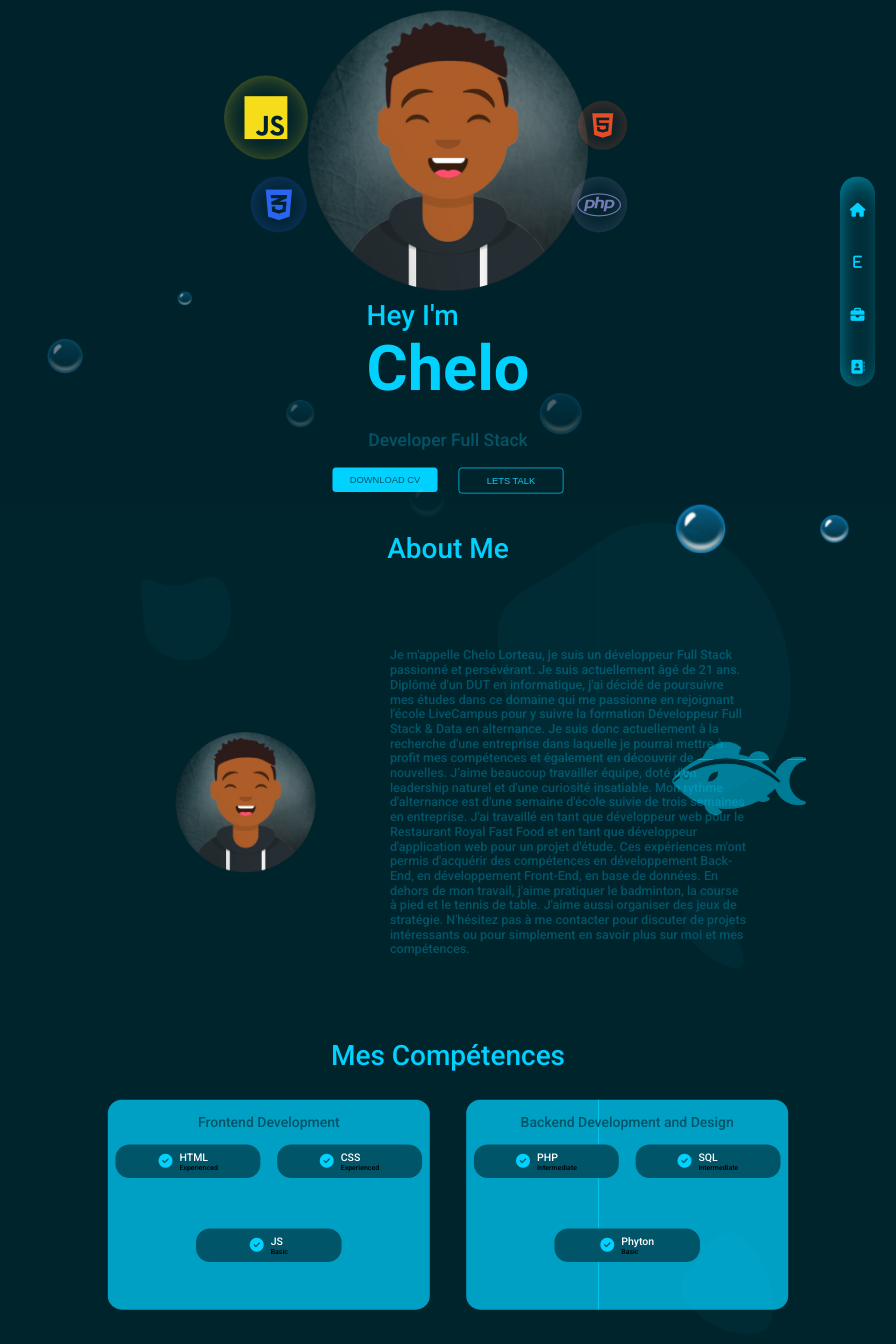
Repository: Chelorteau/Portfolio
Page: index.html
These files come from the project's save history. The page is drawn as it stood at one moment and after the next save; the edit follows.
The browser window is 1280 px wide. The pictures show the part of the page from y = 0 to 1920 px (the page is 3332 px tall), at 70% of full size.
Some web libraries are served in a nearby version.

Above is the page before, as saved 2023-02-19 19:30:36.
Console error: ReferenceError: emailjs is not defined

### index.html
<!DOCTYPE html>
<html lang="fr">
<head>
    <meta charset="UTF-8">
    <meta http-equiv="X-UA-Compatible" content="IE=edge">
    <meta name="viewport" content="width=device-width, initial-scale=1.0">
    <script src="https://kit.fontawesome.com/bc8bd4b445.js" crossorigin="anonymous"></script>
    <link rel="preconnect" href="https://fonts.googleapis.com">
    <link rel="preconnect" href="https://fonts.gstatic.com" crossorigin>
    <link href="https://fonts.googleapis.com/css2?family=Roboto:ital,wght@0,500;0,700;0,900;1,500;1,700&display=swap" rel="stylesheet">
    <link rel="stylesheet" href="style.css">
    <title>Lorteau Chelo</title>
    <script src="/index.js"></script>
    <script type="text/javascript"
        src="https://cdn.jsdelivr.net/npm/@emailjs/browser@3/dist/email.min.js">
    </script>
        <script type="text/javascript">
            (function(){
                emailjs.init("Qd9C-_4NaGNxIoSMK");
            })();
    </script>
</head>
<body>
    <section class="position-relative principal-page " id="home" >
        <div class="menu">
            <ul class="sidebar_menu">
                <li><a href="index.html#home"><i class="fa-solid fa-house element_icon"></i></a></li>
                <li><a href="index.html#competence"><i class="fa-solid fa-e"></i></a></li>
                <li><a href="index.html#projet"><i class="fa-solid fa-briefcase"></i></a></li>
                <li><a href="index.html#contact"><i class="fa-solid fa-address-book"></i></a></li>
            </ul>
        </div>
        <div>
            <img src="../Portfolio/img/profile-pic-anime.png" alt="" class="prolil-pic" >
        </div>

        <div class="html-parent">
            <i class="fa-brands fa-html5 html-icon"></i>
        </div>

        <div class="css-parent">
             <i class="fa-brands fa-css3-alt css-icon"></i>
        </div>
        <div class="php-parent">
            <i class="fa-brands fa-php php-icon"></i>
        </div>
        <div class="js-parent">
            <i class="fa-brands fa-js js-icon"></i>
        </div>

        <p class="color-text-blue ">
            <span class="hi">Hey I'm</span><br>
            <span class="font-weight-700 name">Chelo</span>
        </p>
        <p class="metier">Developer Full Stack</p>

        <div class="contenaire_button">
            <a href="../Portfolio/img/CV-Lorteau-Chelo.pdf" download>
                <button class="button_download">DOWNLOAD CV</button>
            </a>
            <a href="index.html#contact">
                <button class="button_talk">LETS TALK</button>
            </a>
        </div>

        <div class="bubbles">
            <img src="../Portfolio/img/bubble.png" alt="">
            <img src="../Portfolio/img/bubble.png" alt="">
            <img src="../Portfolio/img/bubble.png" alt="">
            <img src="../Portfolio/img/bubble.png" alt="">
            <img src="../Portfolio/img/bubble.png" alt="">
            <img src="../Portfolio/img/bubble.png" alt="">
            <img src="../Portfolio/img/bubble.png" alt="">
        </div>
    </section>
    <section class="about_me" id="about_me">
         <svg class="my_blob_1" viewBox="0 0 200 200" xmlns="http://www.w3.org/2000/svg">
            <path fill="#00D1FF" d="M55.4,-44.3C69.6,-41.3,77.2,-20.7,77.8,0.5C78.3,21.7,71.7,43.4,57.5,56.6C43.4,69.8,21.7,74.5,3.2,71.3C-15.2,68.1,-30.4,56.8,-37.6,43.6C-44.9,30.4,-44.1,15.2,-45.8,-1.7C-47.4,-18.5,-51.5,-37,-44.2,-40C-37,-42.9,-18.5,-30.4,1.1,-31.4C20.7,-32.5,41.3,-47.2,55.4,-44.3Z" transform="translate(100 100)" />
          </svg>
          <svg class="my_blob_2" viewBox="0 0 200 200" xmlns="http://www.w3.org/2000/svg">
            <path fill="#00D1FF" d="M20.6,-9.2C28.1,16.2,36.4,38.9,29.2,45.4C21.9,51.9,-0.9,42.2,-20.5,28C-40.2,13.7,-56.8,-5,-52.9,-25.6C-48.9,-46.2,-24.5,-68.6,-8.9,-65.7C6.6,-62.8,13.2,-34.6,20.6,-9.2Z" transform="translate(100 100)" />
          </svg>
        <p class="about_me_title">About Me</p>
        <div class="about_me_elements">
            <div class="about_me_right_side">
                <img src="../Portfolio/img/profile-pic-anime.png" alt="" class="prolil-pic-about-me">
            </div>
            <div class="about_me_left_side">
                <p>
                    Je m'appelle Chelo Lorteau, je suis un développeur Full Stack passionné et persévérant. Je suis actuellement âgé de 21 ans.
                    Diplômé d'un DUT en informatique, j'ai décidé de poursuivre mes études dans ce domaine qui me passionne en rejoignant l'école LiveCampus pour y suivre la formation Développeur Full Stack & Data en alternance. Je suis donc actuellement à la recherche d'une entreprise dans laquelle je pourrai mettre à profit mes compétences et également en découvrir de nouvelles.
                    J’aime beaucoup travailler équipe, doté d'un leadership naturel et d'une curiosité insatiable. Mon rythme d'alternance est d'une semaine d'école suivie de trois semaines en entreprise.
                    J'ai travaillé en tant que développeur web pour le Restaurant Royal Fast Food et en tant que développeur d'application web pour un projet d'étude. Ces expériences m'ont permis d'acquérir des compétences en développement Back-End, en développement Front-End, en base de données.
                    En dehors de mon travail, j'aime pratiquer le badminton, la course à pied et le tennis de table. J'aime aussi organiser des jeux de stratégie.
                    N'hésitez pas à me contacter pour discuter de projets intéressants ou pour simplement en savoir plus sur moi et mes compétences.
                </p>
            </div>
        </div>
    </section>
    <svg class="my_blob_5" viewBox="0 0 200 200" xmlns="http://www.w3.org/2000/svg">
        <path fill="#00D1FF" d="M47,-81.2C60.8,-73.3,71.9,-60.6,79.4,-46.3C86.9,-31.9,90.8,-16,91.2,0.2C91.6,16.4,88.5,32.9,79.2,44.2C70,55.5,54.6,61.8,40.4,66.8C26.2,71.8,13.1,75.7,1.2,73.6C-10.7,71.5,-21.4,63.6,-32.2,56.5C-43,49.5,-53.9,43.4,-60,34.2C-66.1,24.9,-67.4,12.5,-69.5,-1.3C-71.7,-15,-74.8,-30,-69.2,-40.1C-63.6,-50.3,-49.5,-55.7,-36.5,-64.1C-23.5,-72.4,-11.8,-83.6,2.4,-87.8C16.6,-92,33.1,-89,47,-81.2Z" transform="translate(100 100)" />
    </svg>
    <svg class="poisson" fill="#00D1FF" viewBox="0 0 128 128" data-name="Layer 1" id="Layer_1" xmlns="http://www.w3.org/2000/svg" stroke="#00D1FF"><g id="SVGRepo_bgCarrier" stroke-width="0"></g><g id="SVGRepo_tracerCarrier" stroke-linecap="round" stroke-linejoin="round"></g><g id="SVGRepo_iconCarrier"><title></title><circle cx="13.316" cy="67.539" r="1.778"></circle><path d="M126.514,52.117a1,1,0,0,0,.024-1.928,22.768,22.768,0,0,0-6.348-.91A22.468,22.468,0,0,0,98.559,65.609l-1-1A64.638,64.638,0,0,0,84.4,54.482a8.075,8.075,0,0,1,6.3-3.013.963.963,0,0,1,.124,0,1,1,0,0,0,1.045-1.386,10.114,10.114,0,0,0-18.234-.743.977.977,0,0,0-.041.147A64.336,64.336,0,0,0,63.3,46.769a.974.974,0,0,0,.035-.287c-.006-.057,0-.119,0-.182A8.48,8.48,0,0,1,65.1,41.071a1,1,0,0,0-.187-1.407,22.934,22.934,0,0,0-34.922,9.191.99.99,0,0,0-.01.742A64.011,64.011,0,0,0,6.33,64.61L1.89,69.05A3.984,3.984,0,0,0,.75,72.03c.02.14.03.28.05.39l.005.021C.78,72.3.766,72.167.754,72.03a1,1,0,0,1,.288-.8l.39-.39a72.928,72.928,0,0,1,8.217-7.072l-.068.068a5.273,5.273,0,0,0-1.5,3.25c-.01.15-.02.3-.02.45a5.2,5.2,0,0,0,.18,1.293c-2,1.315-3.96,2.726-5.825,4.218a1,1,0,0,1-1.6-.58A3.949,3.949,0,0,0,1.89,74.58l4.44,4.45A64.236,64.236,0,0,0,31.471,94.592a1,1,0,0,0-.055.435,9.84,9.84,0,0,0,9.8,8.792,9.732,9.732,0,0,0,5.271-1.539,1,1,0,0,0-.075-1.727,7.833,7.833,0,0,1-3.233-3.238,64.869,64.869,0,0,0,8.758.6,64.191,64.191,0,0,0,30.77-7.787.991.991,0,0,0,.505.458,9.983,9.983,0,0,0,3.655.7,9.8,9.8,0,0,0,5.266-1.526,1,1,0,0,0-.073-1.73A7.751,7.751,0,0,1,89.5,85.852a64.192,64.192,0,0,0,8.06-6.822l1-1A22.487,22.487,0,0,0,120.19,94.34a22.257,22.257,0,0,0,6.052-.837,1,1,0,0,0,0-1.926,20.445,20.445,0,0,1,.276-39.459ZM15.662,65.284c.02.02.041.039.06.06a3.244,3.244,0,0,1,.422.581c.019.033.036.066.054.1a3.252,3.252,0,0,1,.265.665c.009.032.013.064.021.1a3.251,3.251,0,0,1-3.8,3.951c-.093-.019-.178-.054-.268-.08a3.289,3.289,0,0,1-.325-.1,3.184,3.184,0,0,1-.35-.182c-.061-.034-.125-.062-.183-.1a3.251,3.251,0,0,1-.387-.3c-.025-.022-.052-.04-.076-.063a3.273,3.273,0,0,1-.378-.43l-.009-.011a3.266,3.266,0,0,1-.619-1.7c-.005-.074-.022-.145-.022-.22,0-.11.01-.21.02-.34a3.252,3.252,0,0,1,.88-1.91.571.571,0,0,1,.08-.07,2.785,2.785,0,0,1,.81-.58,3.271,3.271,0,0,1,3.226.16h0A3.194,3.194,0,0,1,15.662,65.284Zm19.161,7.6a1,1,0,0,1-1-1,9.65,9.65,0,0,1,9.639-9.64,1,1,0,0,1,1,1A9.65,9.65,0,0,1,34.822,72.889ZM103.14,71.54a3.741,3.741,0,0,1-.263,1.705,1,1,0,0,1-1.56.4,78.707,78.707,0,0,0-84.274-9.8A5.08,5.08,0,0,0,15.53,62.78a5.224,5.224,0,0,0-4.58.07c-.038.018-.071.044-.108.064a71.523,71.523,0,0,1,92,7.909,1,1,0,0,1,.293.708Z"></path></g></svg>
    <section class="competence" id="competence">
        <svg class="my_blob_3" viewBox="0 0 200 200" xmlns="http://www.w3.org/2000/svg">
            <path fill="#00D1FF" d="M35.3,-56.8C37,-40.5,23.8,-21.2,16,-10.9C8.2,-0.5,5.9,0.8,8.5,12.9C11,25,18.4,47.8,14,57.8C9.6,67.8,-6.4,64.8,-16.2,56.2C-26,47.6,-29.4,33.3,-38.1,20.7C-46.8,8.2,-60.8,-2.5,-56.3,-6.8C-51.8,-11.1,-28.8,-9,-16.3,-23.3C-3.8,-37.7,-1.9,-68.6,7.4,-77.4C16.8,-86.3,33.5,-73.1,35.3,-56.8Z" transform="translate(100 100)" />
        </svg>
        <svg class="my_blob_4" viewBox="0 0 200 200" xmlns="http://www.w3.org/2000/svg">
            <path fill="#00D1FF" d="M40.9,-46C51.4,-30.4,57.1,-15.2,60.6,3.5C64.2,22.2,65.5,44.5,55,55.5C44.5,66.4,22.2,66.1,4.4,61.7C-13.4,57.3,-26.8,48.7,-39.7,37.8C-52.6,26.8,-65.1,13.4,-65.1,0C-65.1,-13.4,-52.6,-26.8,-39.7,-42.4C-26.8,-58.1,-13.4,-75.9,0.9,-76.8C15.2,-77.7,30.4,-61.7,40.9,-46Z" transform="translate(100 100)" />
        </svg>
        <p class="about_me_title">Mes Compétences</p>
        <div class="competence_element">
            <p class="competence_element_title">Frontend Development</p>
            <div class="competence_element_objet">
                <div class="skill_competence">
                    <i class="fa-solid fa-circle-check icon_check"></i>
                    <p class="margin_left_2">
                        <span class="skill_competence_name">HTML</span><br>
                        Experienced
                    </p>
                </div>
                <div class="skill_competence">
                    <i class="fa-solid fa-circle-check icon_check"></i>
                    <p class="margin_left_2">
                        <span class="skill_competence_name">CSS</span><br>
                        Experienced
                    </p>
                </div>
                <div class="skill_competence">
                    <i class="fa-solid fa-circle-check icon_check"></i>
                    <p class="margin_left_2">
                        <span class="skill_competence_name">JS</span><br>
                        Basic
                    </p>
                </div>
            </div>

        </div>
        <div class="competence_element">
            <p class="competence_element_title">Backend Development and Design</p>
            <div class="competence_element_objet">
                <div class="skill_competence">
                    <i class="fa-solid fa-circle-check icon_check"></i>
                    <p class="margin_left_2">
                        <span class="skill_competence_name">PHP</span><br>
                        Intermediate
                    </p>
                </div>
                <div class="skill_competence">
                    <i class="fa-solid fa-circle-check icon_check"></i>
                    <p class="margin_left_2">
                        <span class="skill_competence_name">SQL</span><br>
                        Intermediate
                    </p>
                </div>
                <div class="skill_competence">
                    <i class="fa-solid fa-circle-check icon_check"></i>
                    <p class="margin_left_2">
                        <span class="skill_competence_name">Phyton</span><br>
                        Basic
                    </p>
                </div>
            </div>
        </div>
        <div class="competence_element">
            <p class="competence_element_title">Others</p>
            <div class="competence_element_objet">
                <div class="skill_competence">
                    <i class="fa-solid fa-circle-check icon_check"></i>
                    <p class="margin_left_2">
                        <span class="skill_competence_name">GIT</span><br>
                        Intermediate
                    </p>
                </div>
                <div class="skill_competence">
                    <i class="fa-solid fa-circle-check icon_check"></i>
                    <p class="margin_left_2">
                        <span class="skill_competence_name">ENGLISH</span><br>
                        Intermediate
                    </p>
                </div>
                <div class="skill_competence">
                    <i class="fa-solid fa-circle-check icon_check"></i>
                    <p class="margin_left_2">
                        <span class="skill_competence_name">FIGMA</span><br>
                        Intermediate
                    </p>
                </div>
            </div>
        </div>
    </section>
    <section class="mes_projets" id="projet">
        <svg class="poulpe" fill="#00D1FF" viewBox="-12.8 -12.8 153.60 153.60" data-name="Layer 1" id="Layer_1" xmlns="http://www.w3.org/2000/svg" stroke="#00D1FF" stroke-width="0.00128"><g id="SVGRepo_bgCarrier" stroke-width="0"></g><g id="SVGRepo_tracerCarrier" stroke-linecap="round" stroke-linejoin="round" stroke="#CCCCCC" stroke-width="2.56"></g><g id="SVGRepo_iconCarrier"><title></title><path d="M106.7,71.4H95.824A5.227,5.227,0,0,0,90.6,76.623v7.842a1.045,1.045,0,0,1-1.044,1.044H88.87V68.724a10.4,10.4,0,0,0,9.481-10.343v-18.8a38.645,38.645,0,1,0-77.291,0V58.37a10.384,10.384,0,0,0,9.356,10.348V90.281H26.281A5.227,5.227,0,0,0,21.06,95.5v10a1.044,1.044,0,0,0,1.044,1.044,5.834,5.834,0,0,0,5.827-5.827V98.185a1.046,1.046,0,0,1,1.044-1.044h1.441v26.815A1.044,1.044,0,0,0,31.46,125a5.822,5.822,0,0,0,5.816-5.816V97.141h3.415a5.2,5.2,0,0,0,5.19-5.189V54.657a3.617,3.617,0,0,1,1.734.593v68.706A1.044,1.044,0,0,0,48.658,125a5.822,5.822,0,0,0,5.816-5.816V67.355a10.366,10.366,0,0,0,10.337.069v51.76A5.823,5.823,0,0,0,70.628,125a1.044,1.044,0,0,0,1.044-1.044V55.344a3.669,3.669,0,0,1,1.734-.673V87.148a5.227,5.227,0,0,0,5.221,5.221h3.382v26.815A5.823,5.823,0,0,0,87.825,125a1.044,1.044,0,0,0,1.044-1.044V92.369h3.373a5.227,5.227,0,0,0,5.221-5.221V79.307a1.045,1.045,0,0,1,1.044-1.044h3.424a5.823,5.823,0,0,0,5.816-5.816A1.044,1.044,0,0,0,106.7,71.4ZM39.01,89.237a1.046,1.046,0,0,1-1.044,1.044h-.689V66.967A10.577,10.577,0,0,0,39.01,65.5Zm38.071-68.2a2.138,2.138,0,0,1-.908,1.4,2.117,2.117,0,0,1-1.243.4,2.188,2.188,0,1,1,2.151-1.8Zm-1.8-4.125a2.975,2.975,0,1,1,4.145.752,3.006,3.006,0,0,1-1.7.533A2.963,2.963,0,0,1,75.285,16.916Zm6.724,68.593H81.32a1.045,1.045,0,0,1-1.044-1.044v-19.1A10.652,10.652,0,0,0,82.009,66.9Zm4.355-63.184a3.986,3.986,0,1,1-.647-2.986A3.957,3.957,0,0,1,86.364,22.325Z"></path></g></svg>
        <p class="mes_projet_title">Mes Projets</p>
        <div class="mes_projets_card">
            <div class="mes_projets_card_element">
                <div>
                    <img class="mes_projets_card_img" src="../Portfolio/projets-img/Webagency.png" alt="la page de Web agency">
                </div>
                <p class="mes_projets_card_element_text">Web agency</p>
                <div class="mes_projets_card_button">
                    <button class="mes_projets_card_button_element github">
                        Github
                    </button>
                    <button class="mes_projets_card_button_element website">
                        Website
                    </button>
                </div>
            </div>
            <div class="mes_projets_card_element">
                <div>
                    <img class="mes_projets_card_img" src="../Portfolio/projets-img/royal.png" alt="la page de Web agency">
                </div>
                <p class="mes_projets_card_element_text">Royal Fast Food</p>
                <div class="mes_projets_card_button ">
                    <button class="mes_projets_card_button_element github">
                        Github
                    </button>

                    <a class="w-40" href="https://drive.google.com/file/d/1sZzORlBVzXq-9hTMNPZ7NjbJwF3PUsPI/view" target="_blank">
                        <button class=" mes_projets_card_button_element_royal website">
                            Website
                        </button>
                    </a>

                </div>
            </div>
            <div class="mes_projets_card_element">
                <div>
                    <img class="mes_projets_card_img" src="../Portfolio/projets-img/Booki.png" alt="la page de Web agency">
                </div>
                <p class="mes_projets_card_element_text">Booki</p>
                <div class="mes_projets_card_button">
                    <button class="mes_projets_card_button_element github">
                        Github
                    </button>
                    <button class="mes_projets_card_button_element website">
                        Website
                    </button>
                </div>
            </div>
        </div>
    </section>
    <section class="contact" id="contact">
        <p class="contact_title">Contact moi</p>
        <div class="contact_element">
            <div class="contact_card">
                <div class="contact_card_object">
                    <i class="fa-regular fa-envelope"></i>
                    <p class="contact_card_text">Email</p>
                    <p>lorteauchelo333@gmail.com</p>
                    <p class="opacity0-5">send a message</p>
                </div>
                <div class="contact_card_object">
                    <i class="fa-brands fa-whatsapp"></i>
                    <p class="contact_card_text">Watsapp</p>
                    <p>0769 05 36 91</p>
                    <p class="opacity0-5">send a message</p>
                </div>
                <div class="contact_card_object">
                    <i class="fa-brands fa-twitter"></i>
                    <p class="contact_card_text">Twitter</p>
                    <p>@CheloLorteau</p>
                    <p class="opacity0-5">send a message</p>
                </div>
            </div>
            <div class="contact_form">
                <form method="get" class="form_input" id="form_contact">
                    <div>
                        <input class="form_input_area" type="text" id="email" placeholder="Enter your email Here" required>
                    </div>
                    <div>
                        <input class="form_input_area" type="text" id="name" placeholder="Name" required>
                    </div>
                    <div>
                        <textarea class="message_area" id="message" rows="4" placeholder="Message Here...."></textarea>
                    </div>
                    <div>
                        <input class="button_send" onclick="sendMail()" type="submit" value="Send Message">
                    </div>
                  </form>
            </div>
        </div>
    </section>
    <footer>
        <p>©Chelo Lorteau. All Rights Reserved</p>
    </footer>
</body>
</html>

Loaded but not shown: index.js (29 lines, source omitted); style.css (699 lines, source omitted)

After the next save:
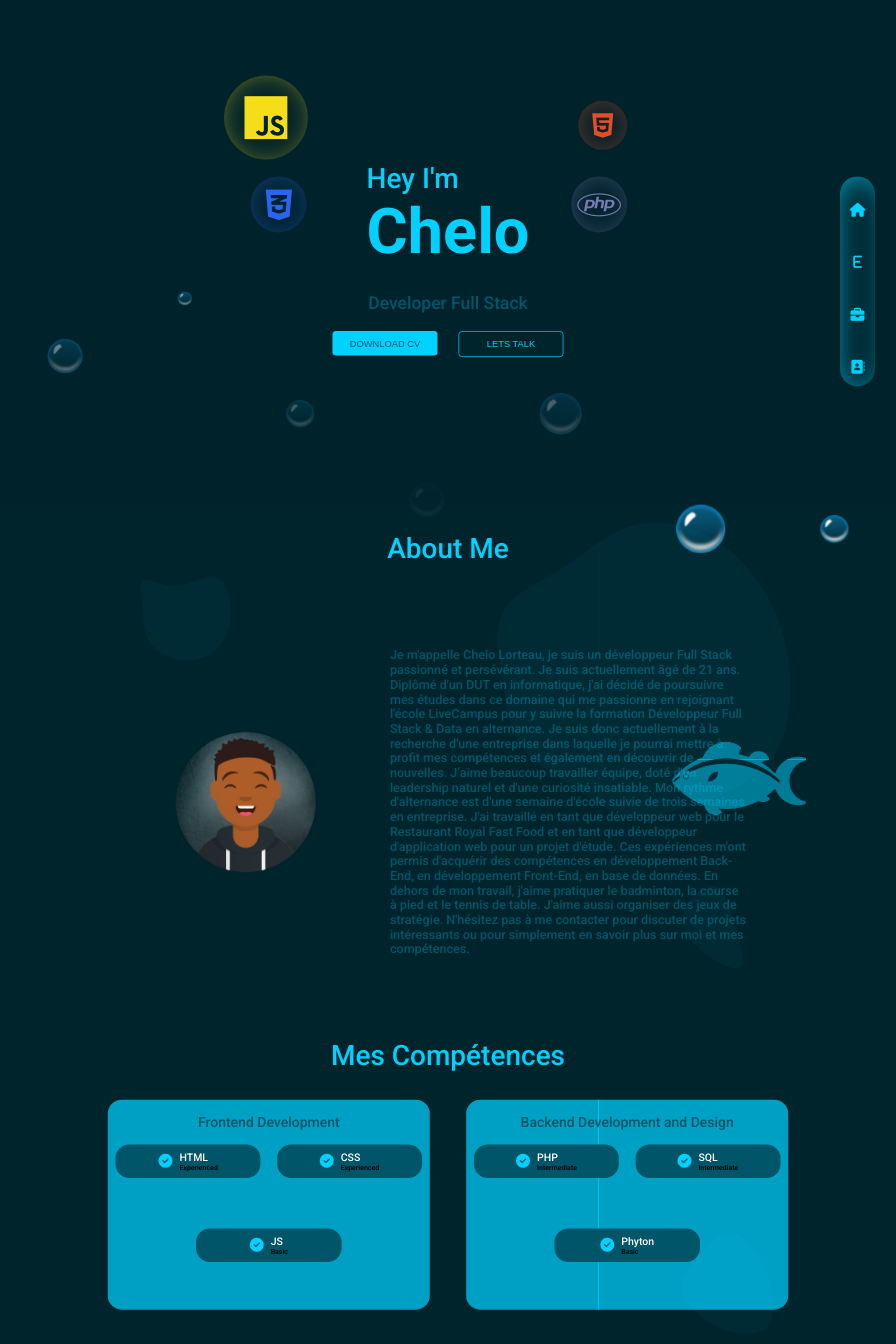
Saved 2 min 55 s later.
--- a/index.html
+++ b/index.html
@@ -31,7 +31,7 @@
             </ul>
         </div>
         <div>
-            <img src="../Portfolio/img/profile-pic-anime.png" alt="" class="prolil-pic" >
+            <img src="style.css" alt="" class="prolil-pic" >
         </div>
 
         <div class="html-parent">

After the save that followed:
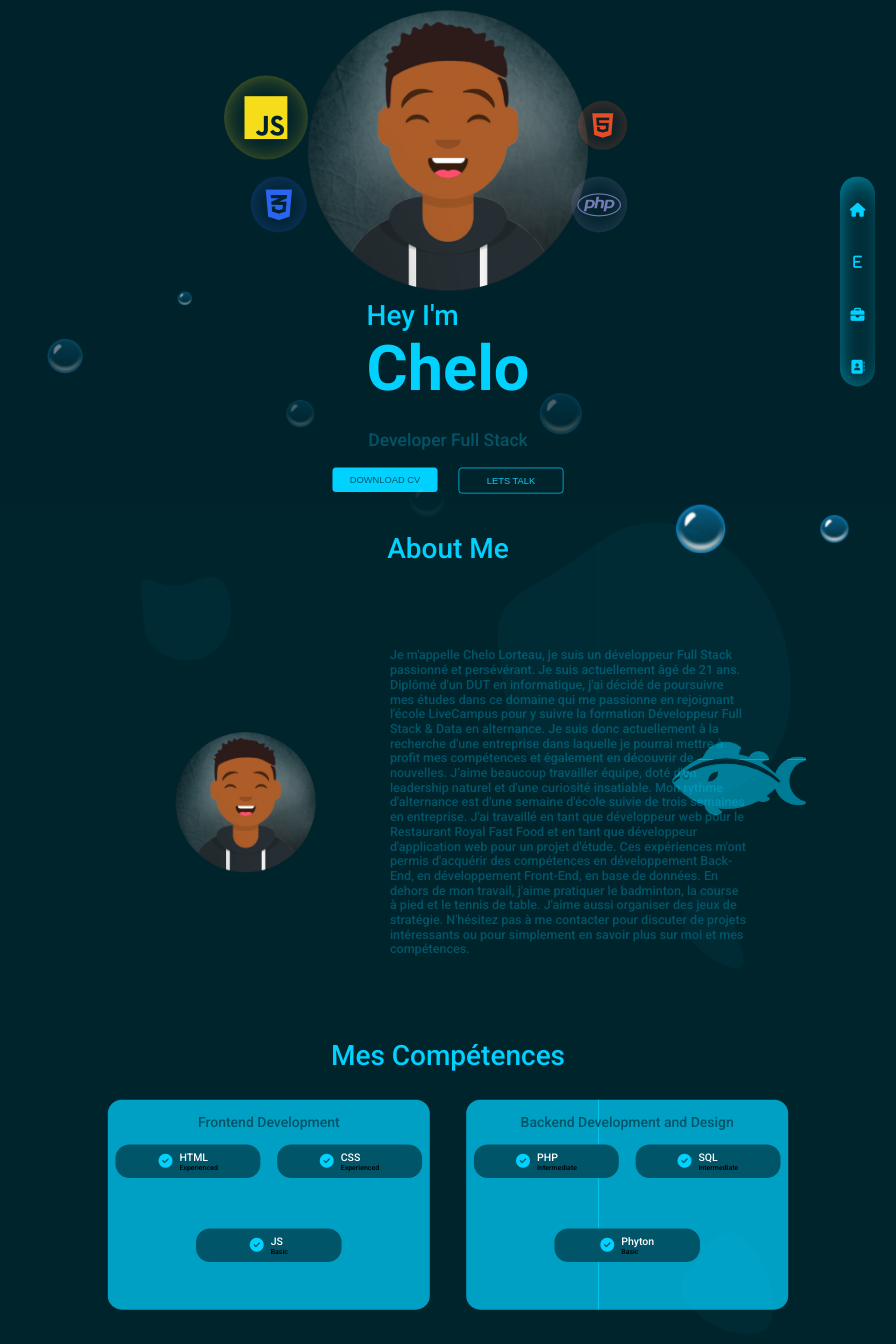
Saved 39 s later.
--- a/index.html
+++ b/index.html
@@ -31,7 +31,7 @@
             </ul>
         </div>
         <div>
-            <img src="style.css" alt="" class="prolil-pic" >
+            <img src="../Portfolio/img/profile-pic-anime.png" alt="" class="prolil-pic" >
         </div>
 
         <div class="html-parent">
